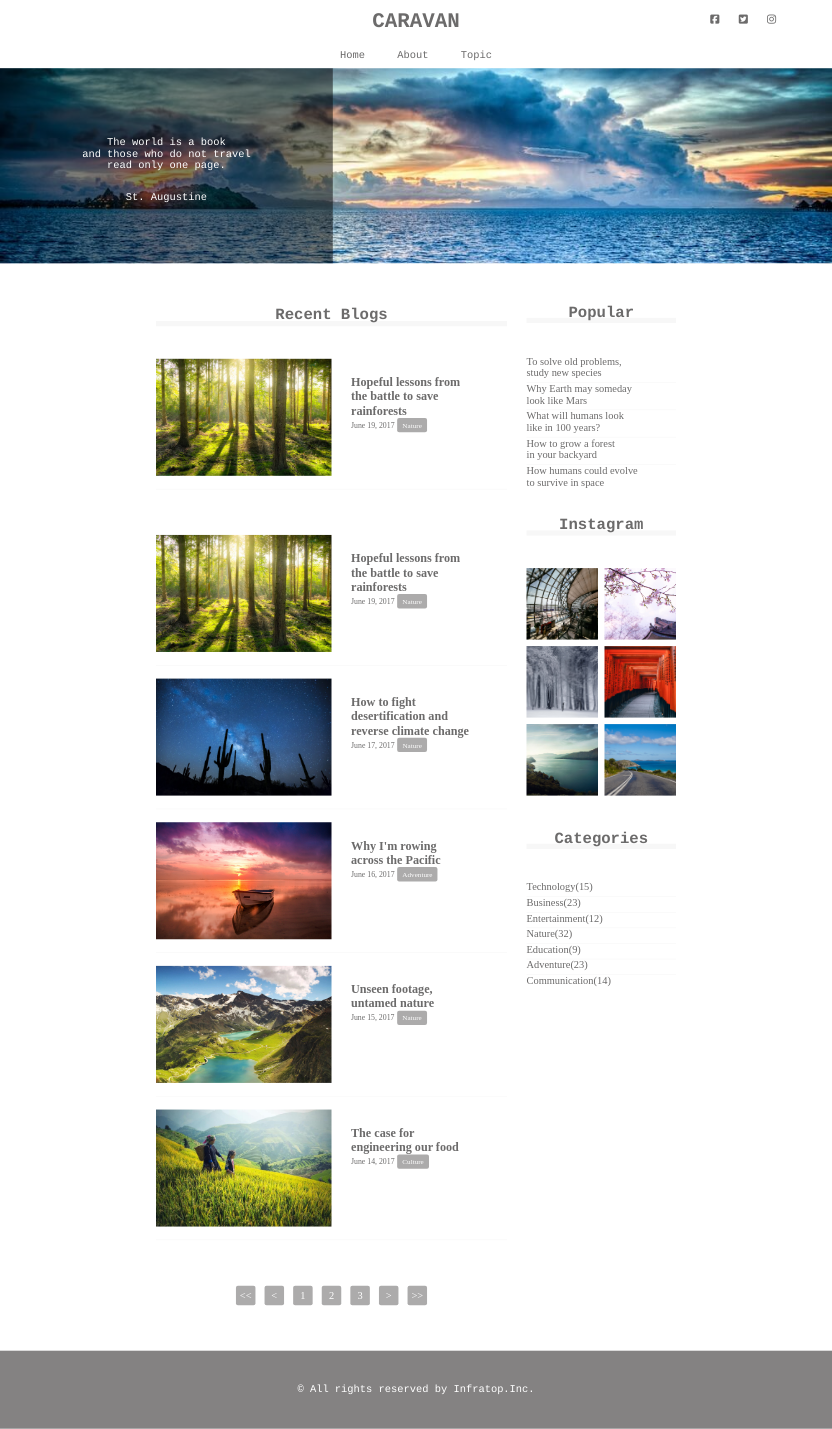
Repository: menyuu/test-html-CSS-practice
Page: caravan/index.html
The author's editor kept a record of every edit. The page is drawn from the files as they stood at one moment, then again after the next edit.
The browser window is 1280 px wide. The pictures show the whole page, at 65% of full size.
Some web libraries are served in a nearby version.

Above is the page before.

After the next edit:
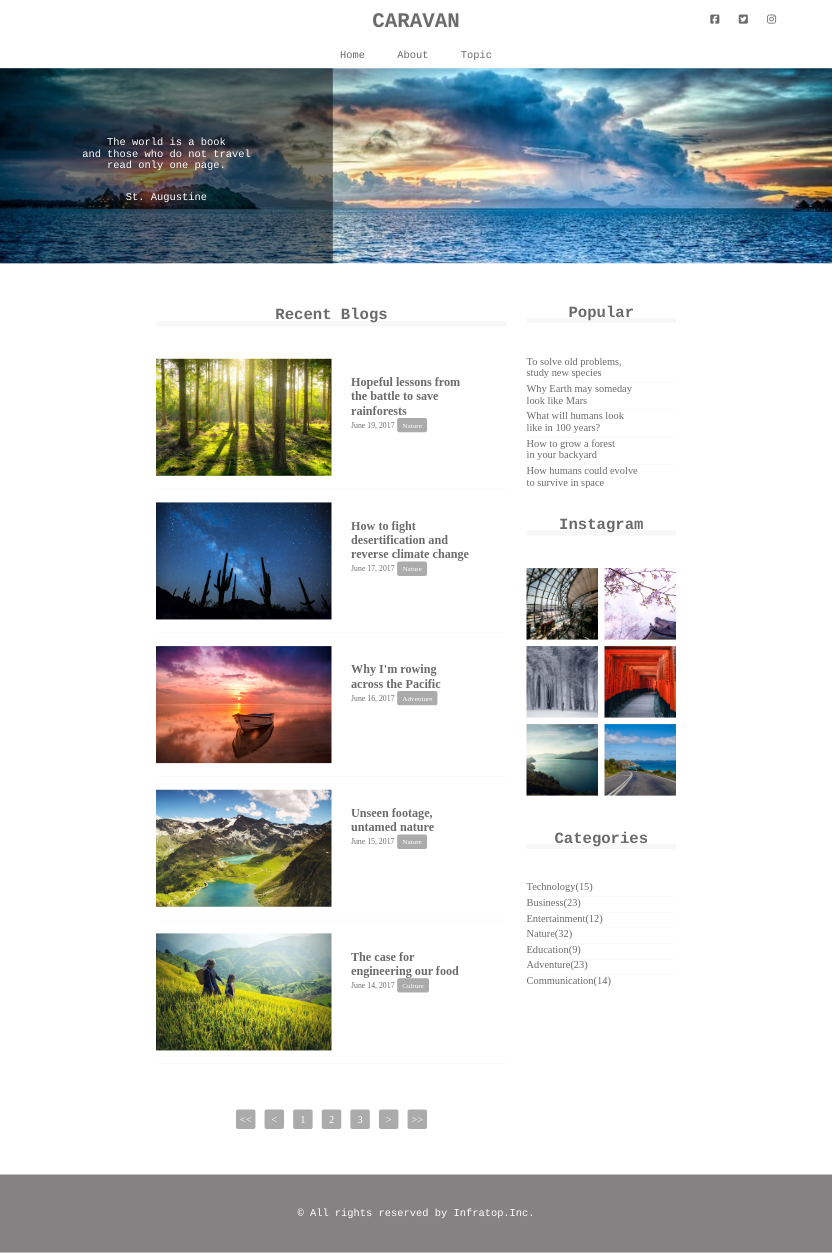
The edit:
--- a/caravan/index.html
+++ b/caravan/index.html
@@ -72,21 +72,7 @@
 
       <!-- 以下コピペ　-->
 
-      <div class="blog-box">
-          <div class="blog-item">
-            <img class="blog-image" src="img/forest.jpg" />
-            <section class="blog-text">
-              <h3 class="blog-text-heading">
-                <a href="single.html">
-                  Hopeful lessons from<br />
-                  the battle to save<br />
-                  rainforests
-                </a>
-              </h3>
-              <p class="blog-date">June 19, 2017</p>
-              <span class="category">Nature</span>
-            </section>
-          </div>
+
           <div class="blog-item">
             <img class="blog-image" src="img/desert.jpg" />
             <section class="blog-text">
